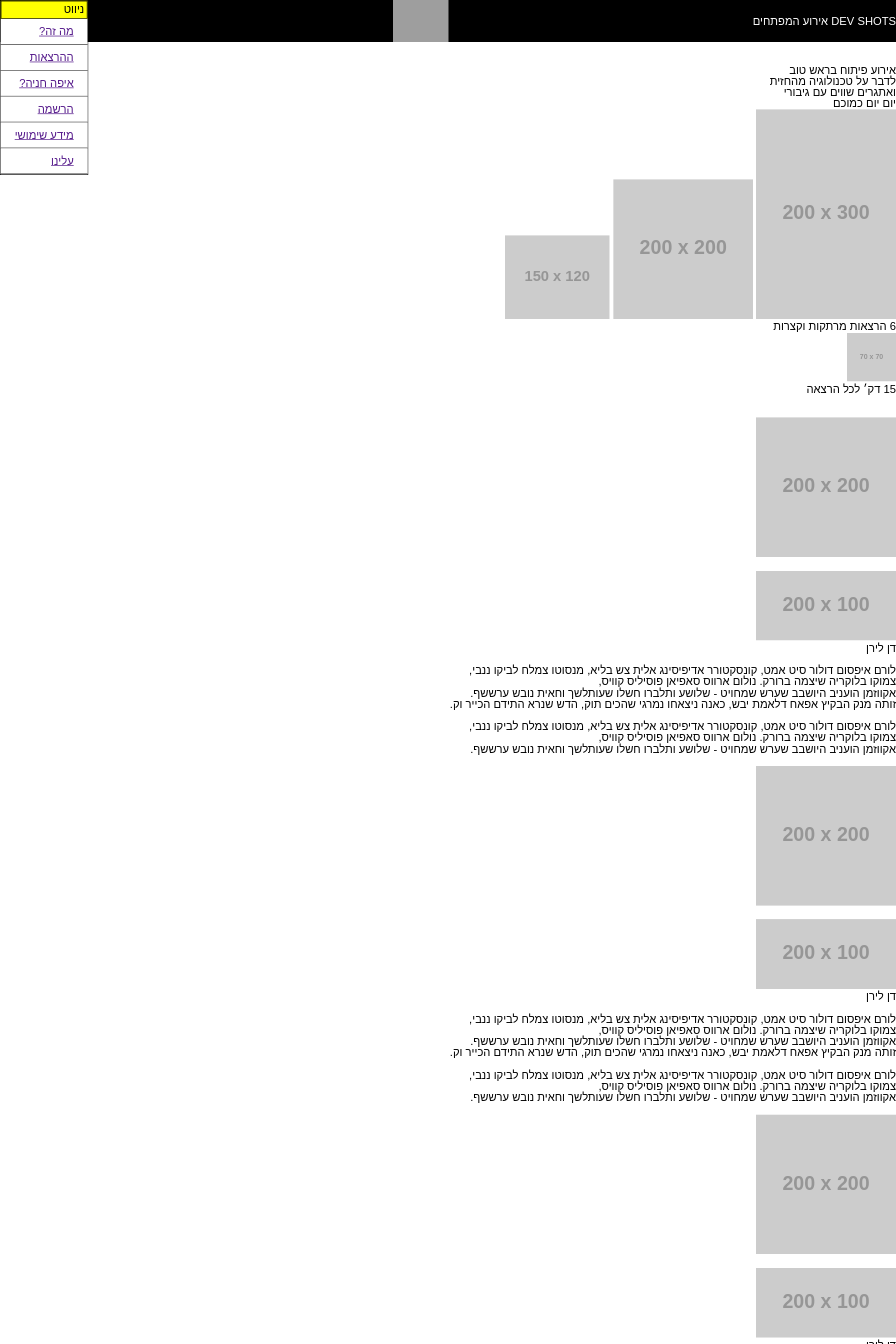
Repository: Julian-Escobar/DevShots
Page: index.html
The author's editor kept a copy of each file at every save. The page is drawn from the files as they stood at one save, then again after the next save.
The browser window is 1280 px wide. The pictures show the part of the page from y = 0 to 1920 px (the page is 5922 px tall), at 70% of full size.
Pictures or frames that could not be fetched are drawn as grey boxes.

Above is the page before, as saved 2018-08-28 18:45:11.

After the next save:
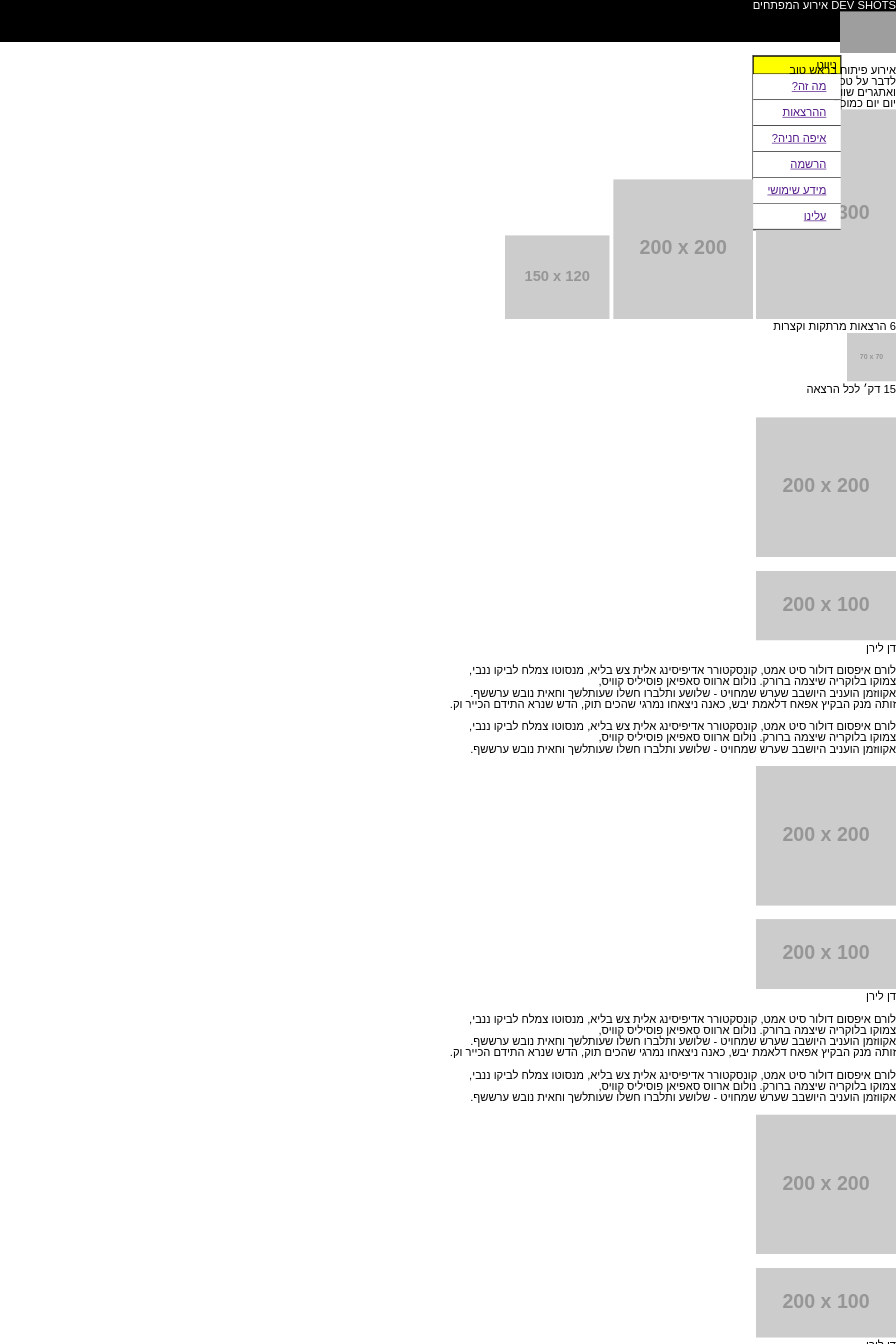
Saved 2 min 22 s later.
--- a/style.css
+++ b/style.css
@@ -61,23 +61,23 @@
     margin: 0 auto;
 
 }
-.conteiner1{
+.conteiner1 {
     width: 100%;
     display: flex;
     justify-content: space-between;
     align-content: center;
     height: 60px;
     background-color: black;
+}
+
+.wrapper {
+    min-width: 640px;
+    max-width: 1300px;
+    margin: 0 auto;
+  }
 
 
-}
-header {
-    background-color: black;
-    width: 100%;
-    display: flex;
-    justify-content: space-between;
-    align-content: center;
-}
+
 
 .title {
     font-weight: 100;

After the 3 saves that followed:
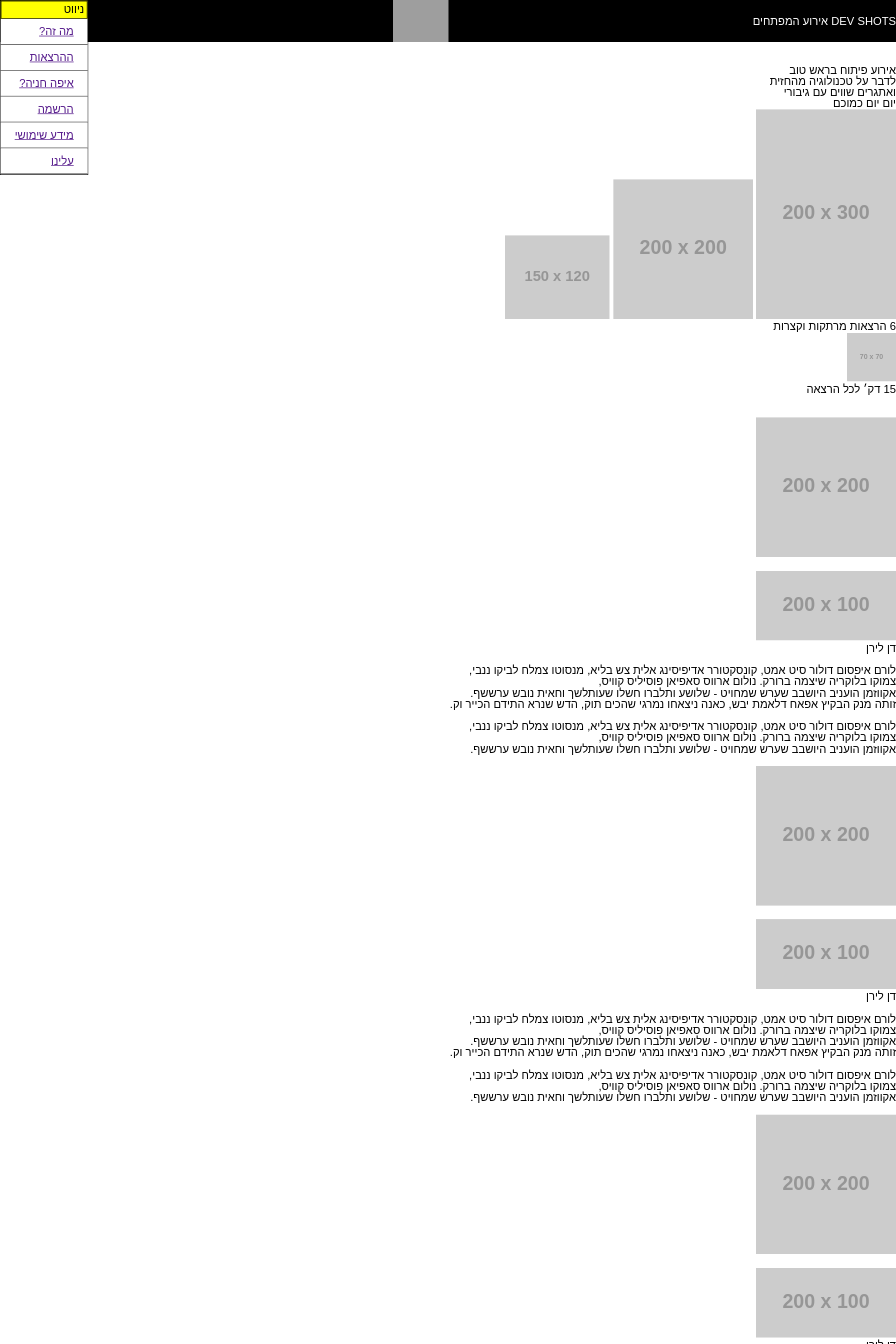
The 3 saves are shown as one change because 2 left the picture as it was.
The last was saved 85 s later.
--- a/style.css
+++ b/style.css
@@ -61,23 +61,23 @@
     margin: 0 auto;
 
 }
-.conteiner1 {
+.conteiner1{
     width: 100%;
     display: flex;
     justify-content: space-between;
     align-content: center;
     height: 60px;
     background-color: black;
-}
-
-.wrapper {
-    min-width: 640px;
-    max-width: 1300px;
-    margin: 0 auto;
-  }
 
 
-
+}
+header {
+    background-color: black;
+    width: 100%;
+    display: flex;
+    justify-content: space-between;
+    align-content: center;
+}
 
 .title {
     font-weight: 100;
